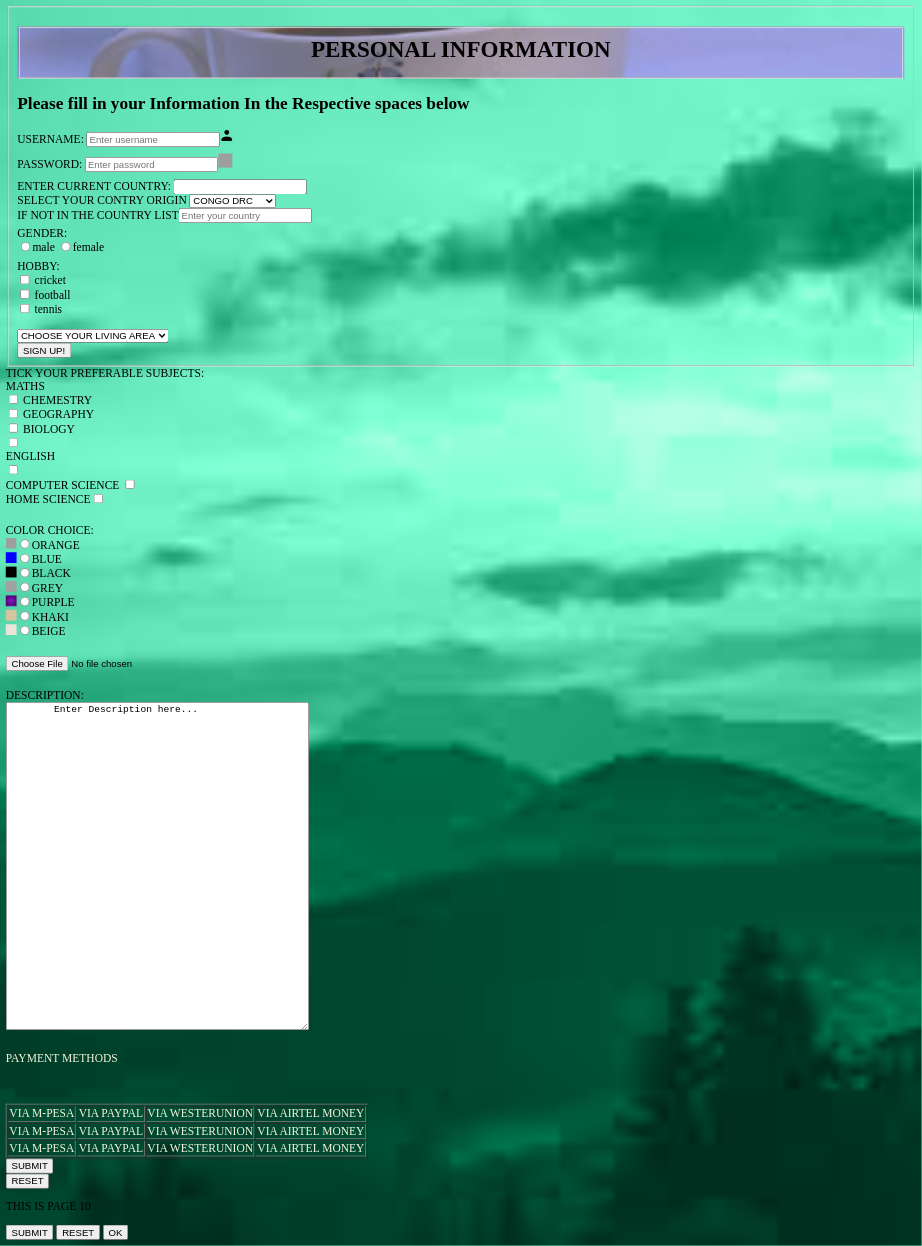
Repository: mirambialex/myform
Page: website/INDEX.HTML
An editor plug-in stored every save of this project. The page is shown before and after a run of saves, followed by the edit.
The browser window is 1280 px wide. The pictures show the whole page, at 72% of full size.
Pictures or frames that could not be fetched are drawn as grey boxes.

Above is the page before, as saved 2024-04-23 09:50:12.

After the next 2 saves:
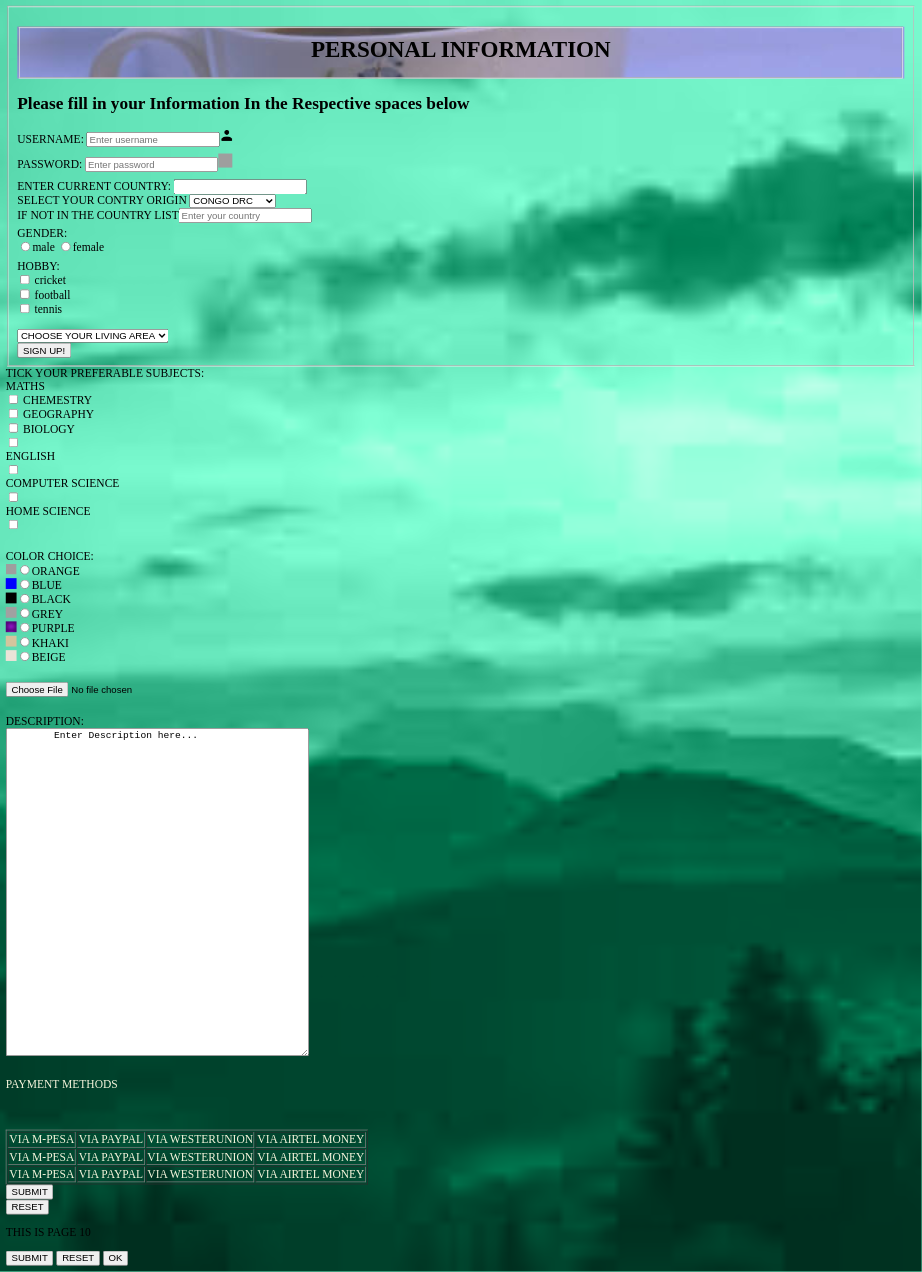
The 2 saves are shown as one change because they came seconds apart.
The last was saved 6 s later.
--- a/website/INDEX.HTML
+++ b/website/INDEX.HTML
@@ -77,8 +77,8 @@ HOBBY:<br>
         GEOGRAPHY <BR/><INPUT type="checkbox" NAME="GEOGRAPHY" value="ON">
             BIOLOGY <BR/><INPUT type="checkbox" NAME="BIOLOGY" VALUE="ON"><BR/>
                 ENGLISH <BR/><input type="checkbox" name="ENGLISH" value="ON"><BR/>
-                COMPUTER SCIENCE <input TYPE="checkbox" name="COMPUTER SCIENCE" value="ON"><BR/>
-                HOME SCIENCE<input type="checkbox" name="HOME SCIENCE" VALUE="ON"></BR></DIV>
+                COMPUTER SCIENCE <BR/><input TYPE="checkbox" name="COMPUTER SCIENCE" value="ON"><BR/>
+                HOME SCIENCE<BR/><input type="checkbox" name="HOME SCIENCE" VALUE="ON"></BR></DIV>
                 <DIV class="FORM2">
                     <LAbel FOR="COLOR CHOICE">COLOR CHOICE:</LAbel><BR/>
                     <IMG WIDTH="15" HEIGHT="15" SRC="ORAGE.JPG"><INPut type="RADIO" NAME="COLOR" VALUE="ORANGE">ORANGE</INPut><BR/>
